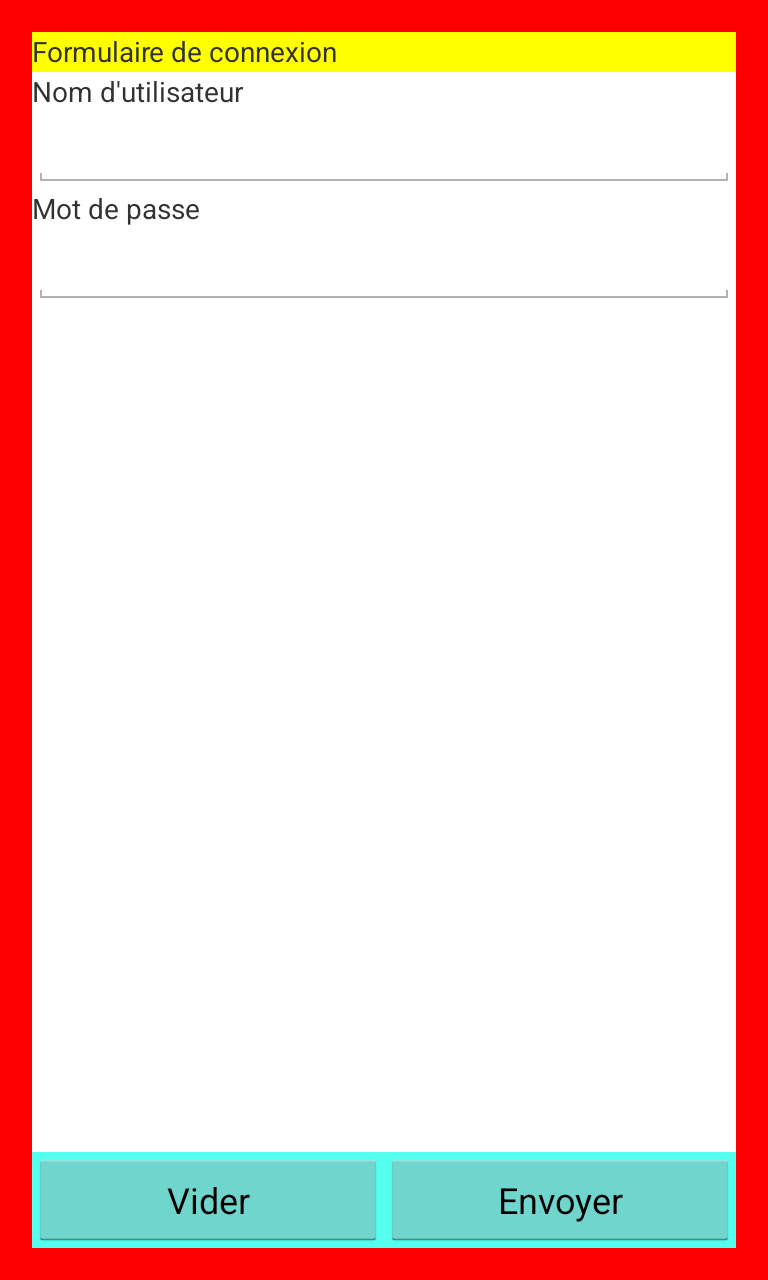
Repository: ablanchard/formation-android
Layout: ParlezVousAndroid/res/layout/fragment_main.xml
The author's editor kept a copy of each file at every save. The layout is drawn from the files as they stood at one save, then again after the next save.
It is drawn on a 768 x 1280 px phone screen (xhdpi) without system bars, with theme AppTheme; the app's code is not run.

Above is the layout before, as saved 2014-04-29 09:26:52.

After the next save:
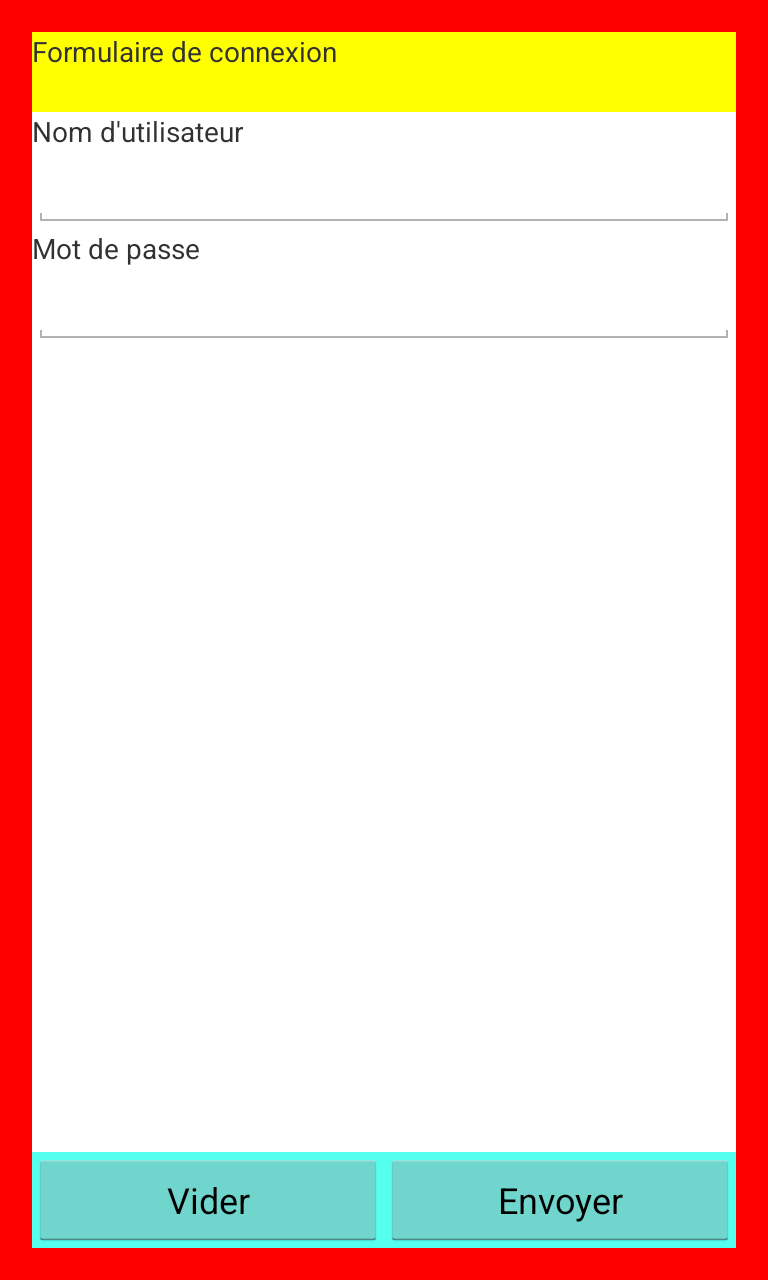
Saved 8 s later.
--- a/ParlezVousAndroid/res/layout/fragment_main.xml
+++ b/ParlezVousAndroid/res/layout/fragment_main.xml
@@ -17,7 +17,7 @@
             android:layout_alignParentTop="true"
             android:layout_width="match_parent"
             android:layout_height="wrap_content"
-            android:height="20sp"
+            android:height="40sp"
             android:text="@string/form" />
 
 
